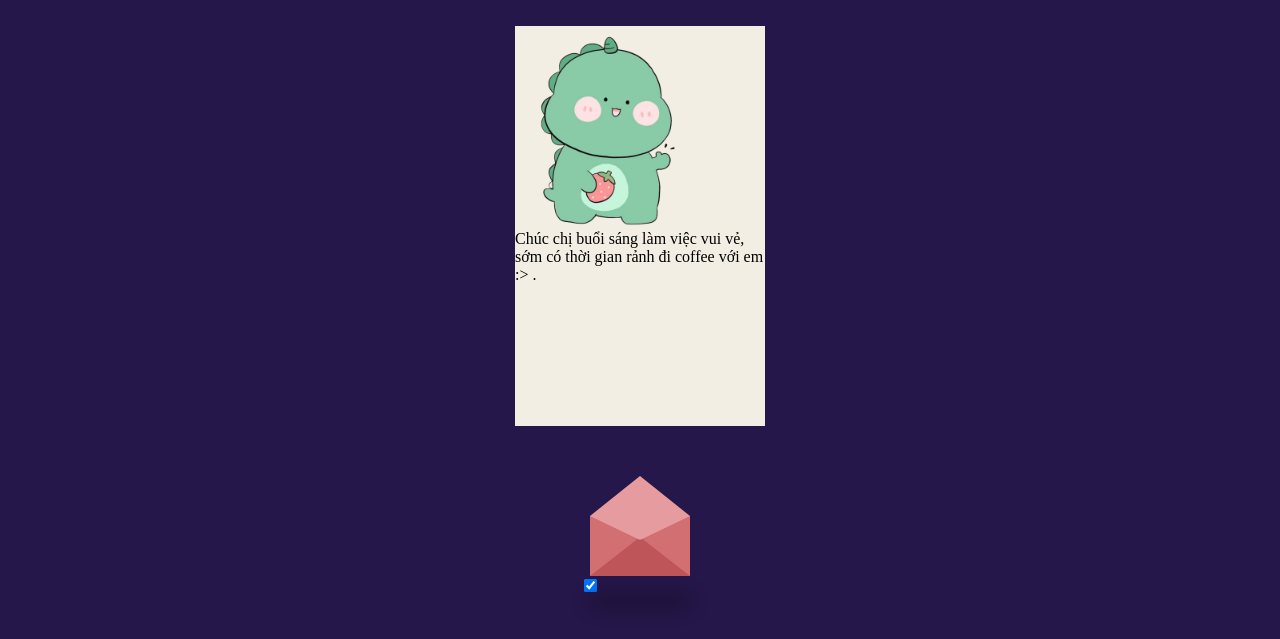
Repository: Dangtrinh28/letter
Page: index.html
The author's editor kept a copy of each file at every save. The page is drawn from the files as they stood at one save, then again after the next save.
The browser window is 1280 px wide. The pictures show the whole page.
The first `input` is checked.

Above is the page before, as saved 2022-12-15 23:43:03.

After the next save:
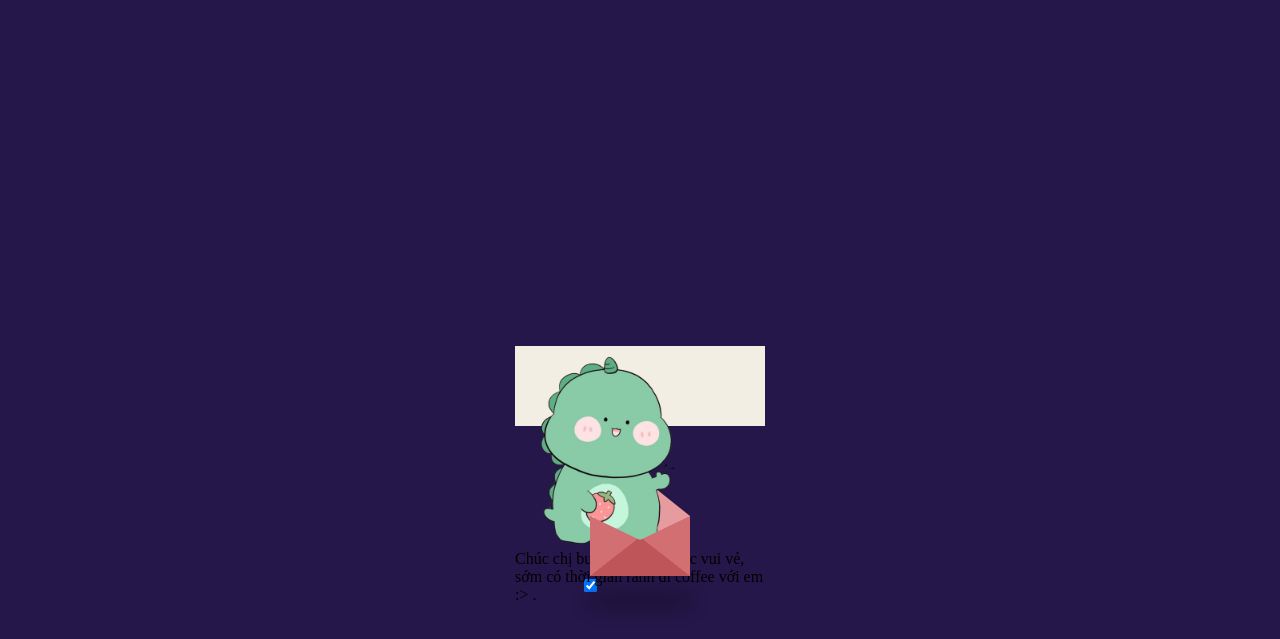
Saved 26 s later.
--- a/main.css
+++ b/main.css
@@ -78,7 +78,7 @@
 input:checked ~ .content {
     bottom: 150px;
     width: 250px;
-    height: 400px;
+    /* height: 400px; */
     margin: 0;
     left: 50%;
     transform: translate(-50%);

After the save that followed:
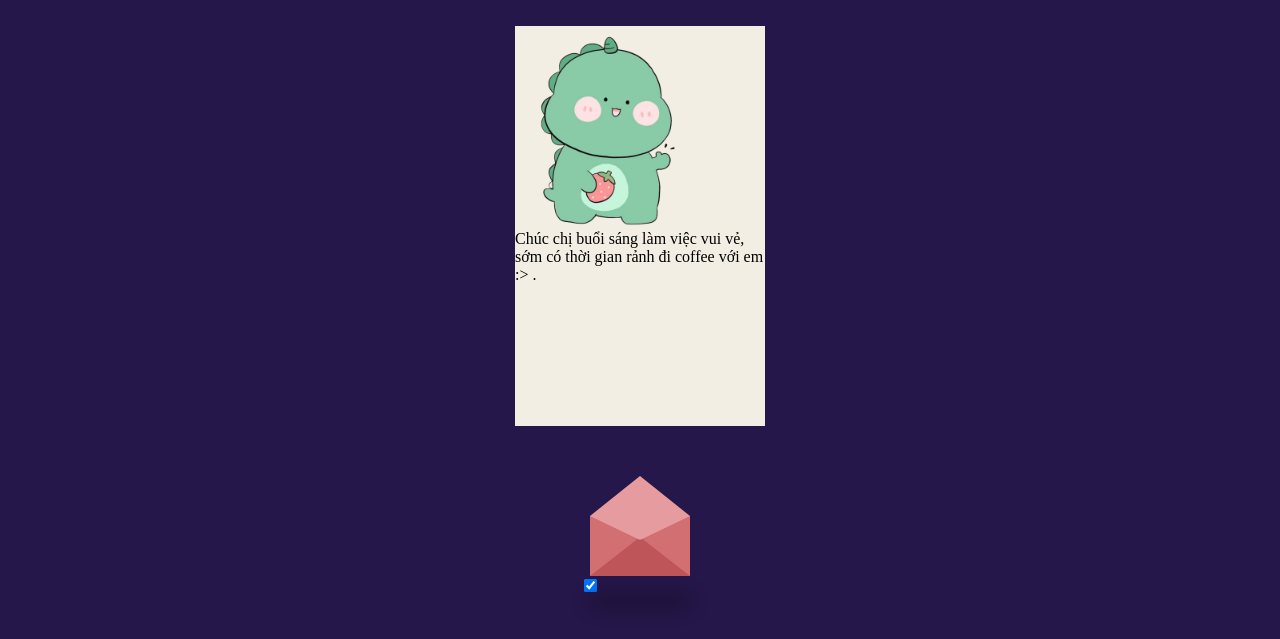
Saved 25 s later.
--- a/main.css
+++ b/main.css
@@ -78,7 +78,7 @@
 input:checked ~ .content {
     bottom: 150px;
     width: 250px;
-    /* height: 400px; */
+    height: 400px;
     margin: 0;
     left: 50%;
     transform: translate(-50%);
